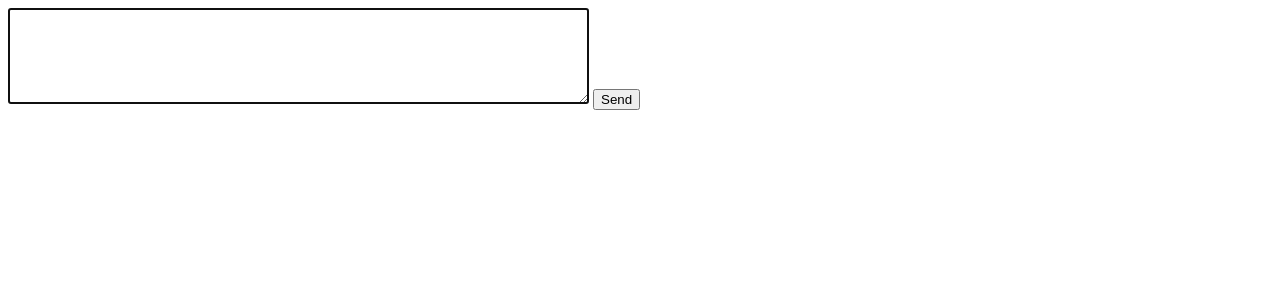
Repository: Aubtin/ProjectX2
Page: http://localhost/ProjectXWeb/
An editor plug-in stored every save of this project. The page is shown before and after the next save, followed by the edit.
The browser window is 1280 px wide. The pictures show the whole page.
The page is served by Tomcat 9.

Above is the page before, as saved 2015-06-30 07:27:24.

After the next save:
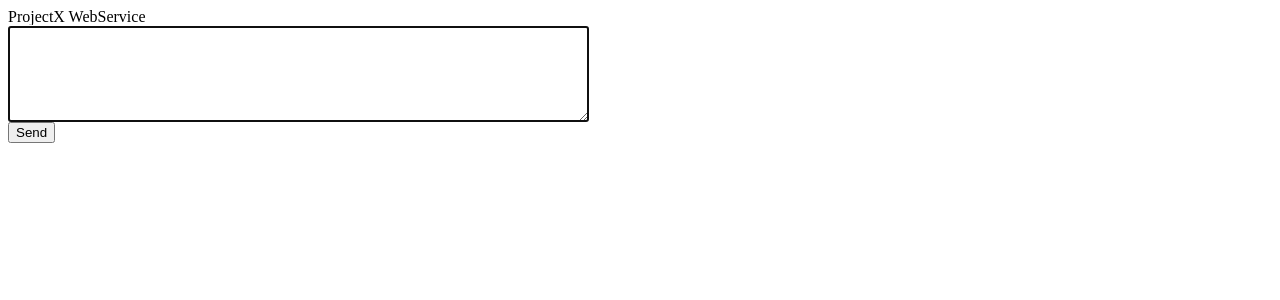
Saved 3 min 38 s later.
--- a/ProjectXWeb/WebContent/index.jsp
+++ b/ProjectXWeb/WebContent/index.jsp
@@ -5,10 +5,12 @@
 <head>
 <meta http-equiv="Content-Type" content="text/html; charset=ISO-8859-1">
 <title>ProjectX Web Service</title>
+ProjectX WebService
 </head>
 <body>
 <form action = "ProjectXServlet">
 	<textarea rows="6" cols="70" name="myText" autofocus="true"></textarea>
+	<br>
 	<input type="Submit" value="Send"/>
 </form>
 
